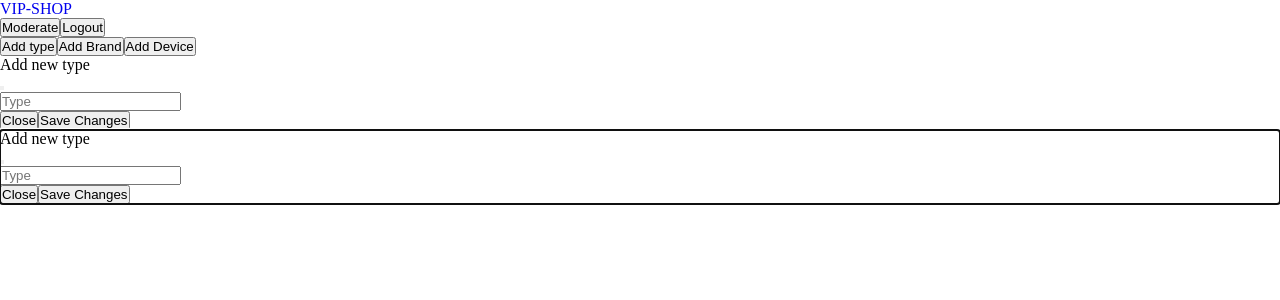
Repository: Mirsmog/VIP-SHOP
Page: /admin (app in client/)
These files come from the project's save history. The page is drawn as it stood at one moment and after the next save; the edit follows.
The browser window is 1280 px wide. The pictures show the whole page.
The project was rebuilt for these pictures with package versions that can differ from the ones it lists, and the page was loaded fresh each time. Also part of the build but not shown: client/vite.config.js, client/src/pages/Auth.jsx, client/src/pages/DevicePage.jsx, client/src/components/TypeBar.jsx, client/src/components/BrandBar.jsx, client/src/components/DeviceItem.jsx, client/src/components/DeviceList.jsx, client/src/pages/Shop.jsx and 1 more.

Above is the page before, as saved 2023-11-04 17:02:10.

After the next save:
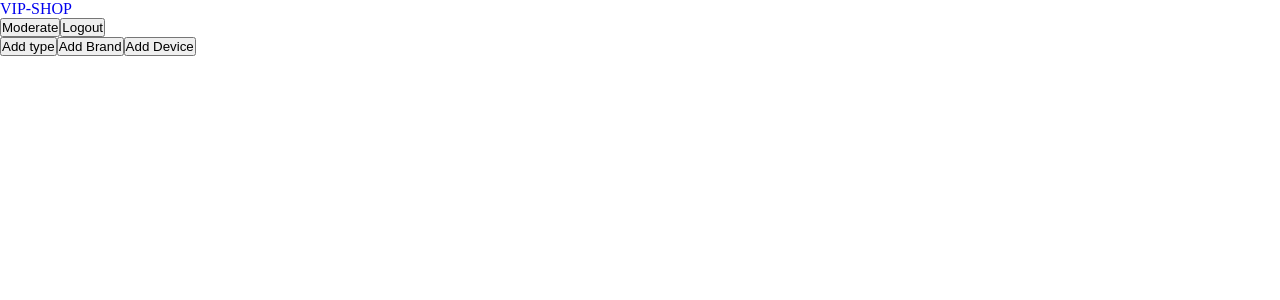
Saved 15 s later.
--- a/client/src/pages/Admin.jsx
+++ b/client/src/pages/Admin.jsx
@@ -25,15 +25,19 @@
       >
         Add Brand
       </Button>
-      <Button onClick={() => setDeviceVisible(true)} variant='outline-dark' className='mt-4 p-2'>
+      <Button
+        onClick={() => setDeviceVisible(true)}
+        variant='outline-dark'
+        className='mt-4 p-2'
+      >
         Add Device
       </Button>
-      <CreateBrand show={brandVisible} onHide={() => setBrandVisible(false)} />
+      {/* <CreateBrand show={brandVisible} onHide={() => setBrandVisible(false)} /> */}
       {/* <CreateType show={typeVisible} onHide={() => setTypeVisible(false)} /> */}
-      <CreateDevice
+      {/* <CreateDevice
         show={deviceVisible}
         onHide={() => setDeviceVisible(false)}
-      />
+      /> */}
     </Container>
   );
 }

After the save that followed:
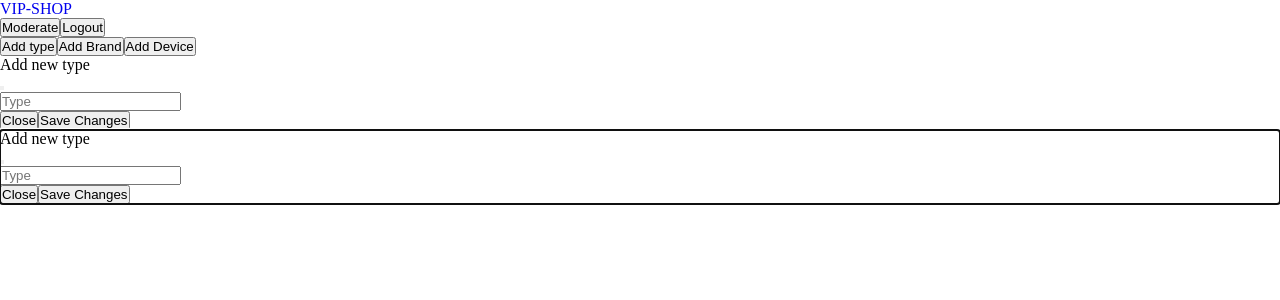
Saved 7 s later.
--- a/client/src/pages/Admin.jsx
+++ b/client/src/pages/Admin.jsx
@@ -25,19 +25,15 @@
       >
         Add Brand
       </Button>
-      <Button
-        onClick={() => setDeviceVisible(true)}
-        variant='outline-dark'
-        className='mt-4 p-2'
-      >
+      <Button onClick={() => setDeviceVisible(true)} variant='outline-dark' className='mt-4 p-2'>
         Add Device
       </Button>
-      {/* <CreateBrand show={brandVisible} onHide={() => setBrandVisible(false)} /> */}
-      {/* <CreateType show={typeVisible} onHide={() => setTypeVisible(false)} /> */}
-      {/* <CreateDevice
+      <CreateBrand show={brandVisible} onHide={() => setBrandVisible(false)} />
+      <CreateType show={typeVisible} onHide={() => setTypeVisible(false)} />
+      <CreateDevice
         show={deviceVisible}
         onHide={() => setDeviceVisible(false)}
-      /> */}
+      />
     </Container>
   );
 }
